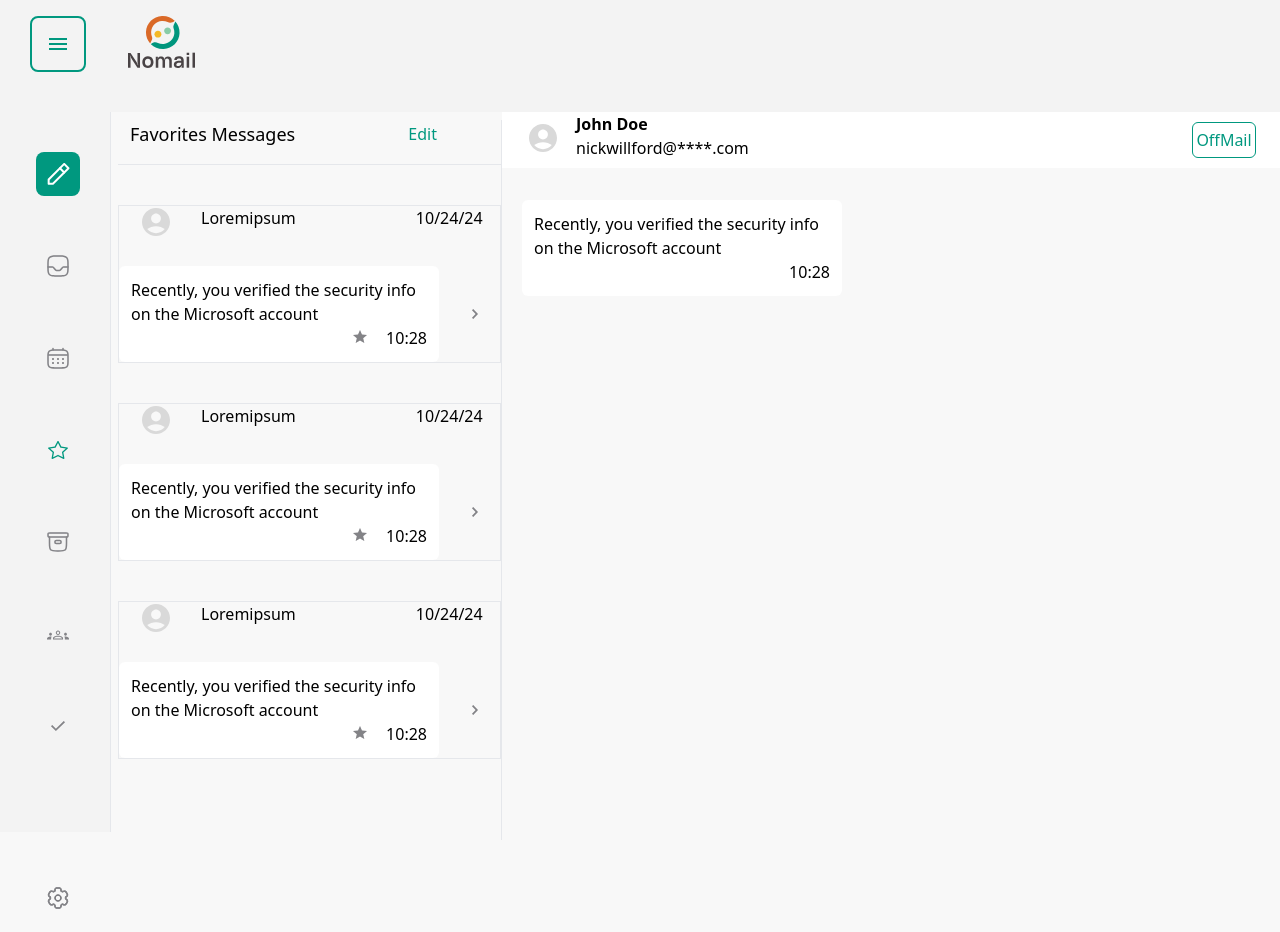
Repository: Tofigkh1/Nomail-Project
Page: /favorites (app in client/)
These files come from the project's save history. The page is drawn as it stood at one moment and after a run of saves; the edit follows.
The browser window is 1280 px wide. The pictures show the whole page.
The project was rebuilt for these pictures with package versions that can differ from the ones it lists, and the page was loaded fresh each time. The framework's server and built-in components were replaced by stand-ins that run in the browser. Also part of the build but not shown: client/next.config.mjs, client/components/shared/svg/FavoritesSvg.jsx, client/components/shared/svg/calendarActiveSvg.jsx, client/components/shared/client/CheckBox/index.tsx.

Above is the page before, as saved 2024-11-24 15:55:44.

After the next 2 saves:
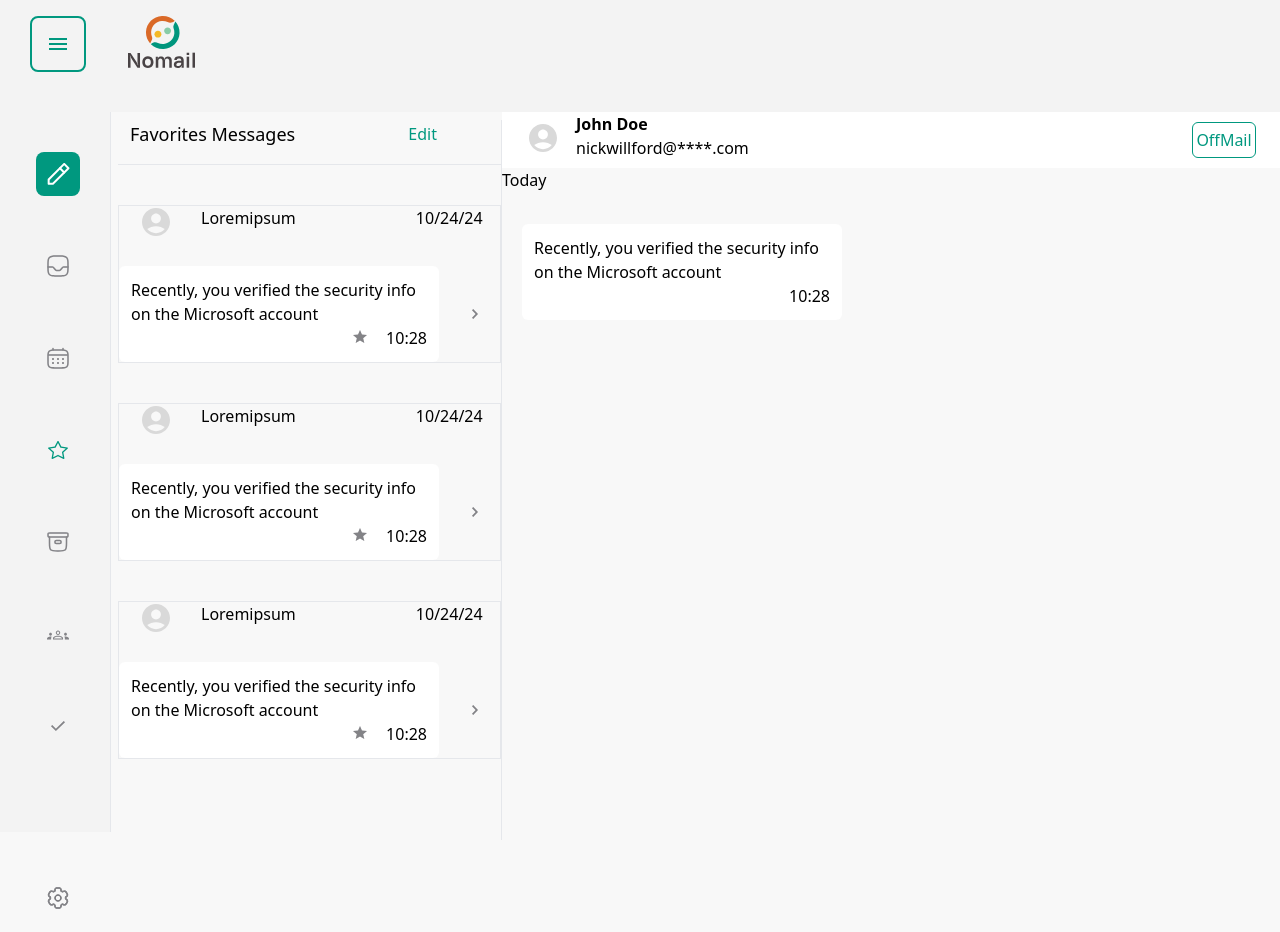
The 2 saves are shown as one change because they came seconds apart.
The last was saved 14 s later.
--- a/client/components/shared/client/messagesView/index.tsx
+++ b/client/components/shared/client/messagesView/index.tsx
@@ -44,7 +44,7 @@ export default function MessagesView() {
 
 
         <div>
-
+            <h1>Today</h1>
         </div>
 
 
